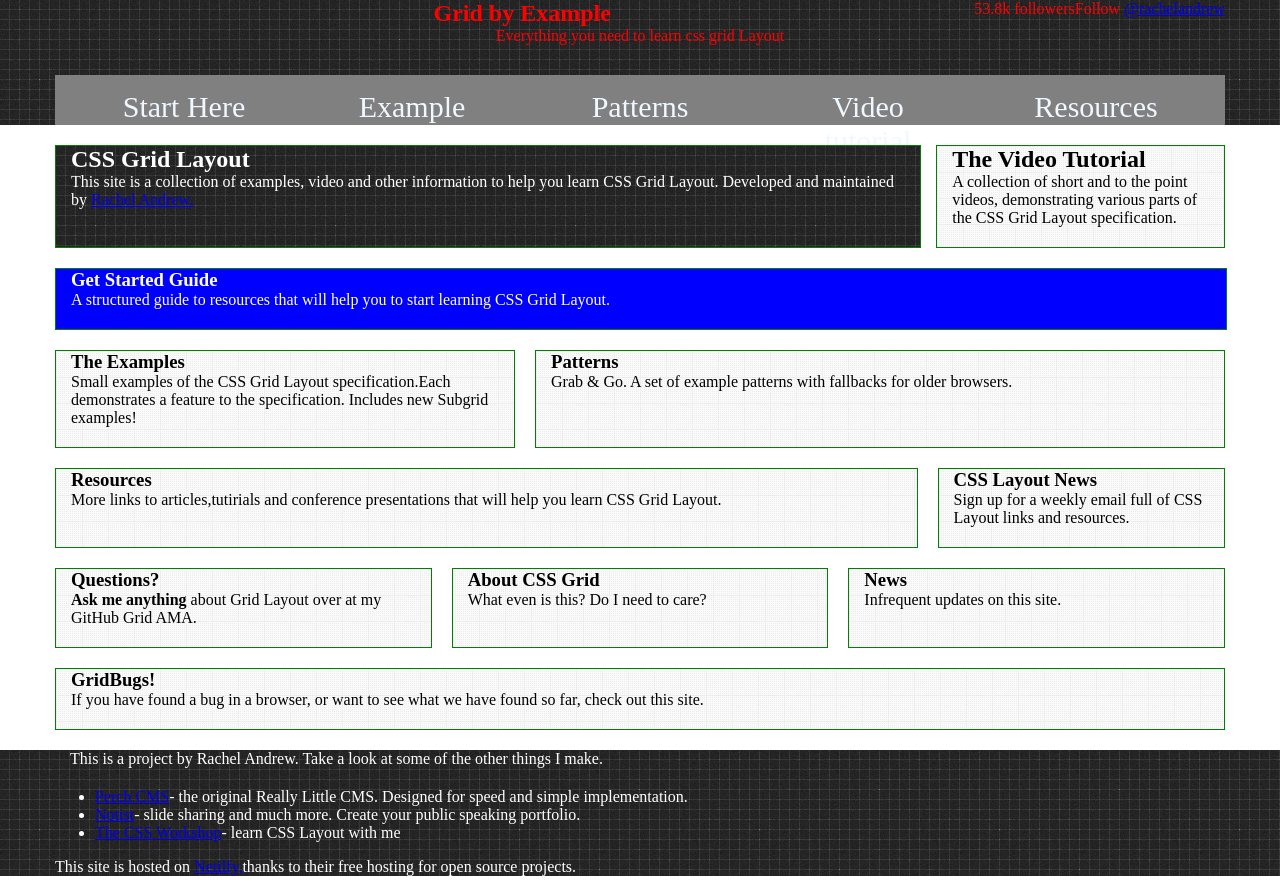
Repository: sitikhusushan/grid
Page: index.html
An editor plug-in stored every save of this project. The page is shown before and after the next save, followed by the edit.
The browser window is 1280 px wide. The pictures show the whole page.

Above is the page before, as saved 2020-05-13 18:15:22.

### index.html
<!DOCTYPE html>
<html lang="en">
  <head>
    <meta charset="UTF-8" />
    <meta name="viewport" content="width=device-width, initial-scale=1.0" />
    <title>Grid View</title>
    <link rel="stylesheet" href="style.css" />
  </head>
  <body>
    <header>
    <div class="header">
      <div class="container">
        <div class="balance">
          <div class="social">
            <a href="#"><i class="fab fa-twitter"></i></a>
            <span> Follow <a href="#">@rachelandrew</a></span>
            <span>53.8k followers</span>
          </div>
        <h2>Grid by Example</h2>
        <p>Everything you need to learn css grid Layout</p>
        </div>
        <ul>
          <li>Start Here</li>
          <li>Example</li>
          <li>Patterns</li>
          <li>Video tutorial</li>
          <li>Resources</li>
        </ul>
      </div>
    </div>
    </header>
    <div class="layout">
      <div class="container">
        <div class="layouts">
        <div class="left">
          <h2>CSS Grid Layout</h2>
          <p>
            This site is a collection of examples, video and other information
            to help you learn CSS Grid Layout. Developed and maintained by
            <a href="#">Rachel Andrew.</a>
          </p>
        </div>
        <div class="right">
          <h2>The Video Tutorial</h2>
          <p>
            A collection of short and to the point videos, demonstrating various
            parts of the CSS Grid Layout specification.
          </p>
        </div>
      </div>
    </div>
    </div>
    <div class="guide ">
      <div class="container">
        <div class="guides">
        <h3>Get Started Guide</h3>
        <p>
          A structured guide to resources that will help you to start learning
          CSS Grid Layout.
        </p>
      </div>
      </div>
    </div>
    <div class="new">
      <div class="container">
        <div class="news">
        <div class="left">
          <h3>The Examples</h3>
          <p>
            Small examples of the CSS Grid Layout specification.Each
            demonstrates a feature to the specification. Includes new Subgrid
            examples!
          </p>
        </div>
        <div class="right">
          <h3>Patterns</h3>
          <p>
            Grab & Go. A set of example patterns with fallbacks for older
            browsers.
          </p>
        </div>
      </div>
    </div>
    </div>
    <div class="resources">
      <div class="container">
        <div class="rs">
        <div class="left">
          <h3>Resources</h3>
          <p>
            More links to articles,tutirials and conference presentations that
            will help you learn CSS Grid Layout.
          </p>
        </div>
        <div class="right">
          <h3>CSS Layout News</h3>
          <p>
            Sign up for a weekly email full of CSS Layout links and resources.
          </p>
        </div>
      </div>
    </div>
    </div>
    <div class="question">
      <div class="container">
        <div class="qs">
        <div class="left">
          <h3>Questions?</h3>
          <p>
            <b>Ask me anything</b> about Grid Layout over at my GitHub Grid AMA.
          </p>
        </div>
        <div class="middle">
          <h3>About CSS Grid</h3>
          <p>What even is this? Do I need to care?</p>
        </div>
        <div class="right">
          <h3>News</h3>
          <p>Infrequent updates on this site.</p>
        </div>
      </div>
      </div>
    </div>
    <div class="bugs">
      <div class="container">
        <div class="bug">
        <h3>GridBugs!</h3>
        <p>
          If you have found a bug in a browser, or want to see what we have
          found so far, check out this site.
        </p>
      </div>
    </div>
    </div>
  <footer>
    <div class="foo">
      <div class="container">
      <p>This is a project by Rachel Andrew. Take a look at some of the other things I make.
        <ul>
          <li><a href="#">Perch CMS</a>- the original Really Little CMS. Designed for speed and simple implementation.</li>
          <li><a href="#">Notist</a>- slide sharing and much more. Create your public speaking portfolio.</li>
          <li><a href="#">The CSS Workshop</a>- learn CSS Layout with me</li>
        </ul>
        This site is hosted on <a href="#">Netilfy,</a>thanks to their free hosting for open source projects.
      </p>
      </div>
    </div>
  </footer>
  </body>
</html>

### style.css
body {
  padding: 0px;
  margin: 0px;
}

.container {
  width: 1170px;
  margin-left: auto;
  margin-right: auto;
  max-width: 100%;
  padding-left: 15px;
  padding-right: 15px;
}

/* .social {
  float: right;
  margin-bottom: 50px;
} */

img {
  width: 15px;
  height: 15px;
  margin: 0px;
  padding: 0px;
}

.social p {
  border-radius: 5px;
  border: salmon 1px solid;
  background-color: whitesmoke;
}

/* * {
  -webkit-box-sizing: border-box;
  -moz-box-sizing: border-box;
  box-sizing: border-box;
} */

.header {
  background-image: url("image/inflicted.png");
  color: aliceblue;
}

.balance {
  text-align: center;
  /* position: absolute;
  top: 50%;
  left: 50%;
  transform: translate(-50%, -50%); */
  color: red;
}

/* .header ul {} */

/*
.header .container {
  margin: 0px;
  padding: 0px;
} */

.header ul {
  list-style: none;
  display: grid;
  grid-template-columns: repeat(5, 1fr);
  grid-gap: 50px;
  font-size: 30px;
  grid-auto-rows: 50px;
  margin-bottom: auto;
  text-align: center;
  background-color: grey;
  padding-right: 40px;
}
.header li {
  padding: 15px;
}

span {
  float: right;
}

.header li:hover {
  background-color: black;
}

.layout .left {
  background-image: url("image/inflicted.png");
  color: #ffffff;
}

.right {
  background-image: url("image/tiny_grid.png");
}

.guides {
  width: 100%;
  background-color: blue;
  color: #ffffff;
  border: solid 1px green;
}

.left {
  background-image: url("image/tiny_grid.png");
}

.middle {
  background-image: url("image/tiny_grid.png");
}

.bug {
  background-image: url("image/tiny_grid.png");
  margin-bottom: 20px;
  border: solid 1px green;
}

footer {
  background-image: url("image/inflicted.png");
  color: #ffffff;
}

.layouts {
  display: grid;
  grid-template-columns: 3fr 1fr;
  grid-gap: 15px;
  margin-top: 20px;
  margin-bottom: 20px;
}

.layouts > div,
.news > div,
.rs > div,
.qs > div {
  border: solid 1px green;
}

.news {
  display: grid;
  grid-template-columns: 2fr 3fr;
  grid-gap: 20px;
  margin-top: 20px;
  margin-bottom: 20px;
}

.rs {
  display: grid;
  grid-template-columns: 3fr 1fr;
  grid-gap: 20px;
}

.qs {
  display: grid;
  grid-template-columns: 1fr 1fr 1fr;
  grid-gap: 20px;
  margin-top: 20px;
  margin-bottom: 20px;
}

h3,
p,
h2 {
  margin: 0px;
  padding-left: 15px;
  padding-right: 15px;
}

p {
  margin-bottom: 20px;
}

After the next save:
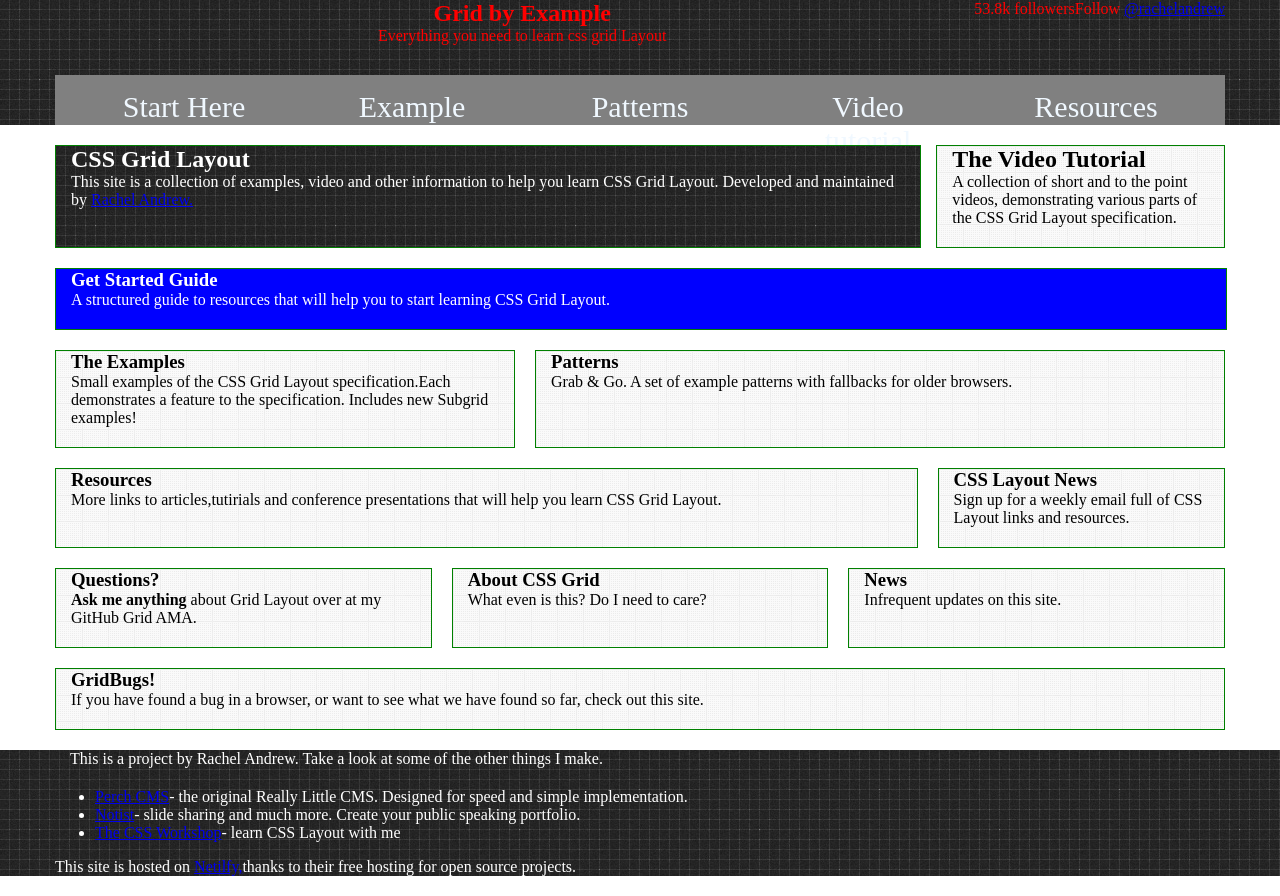
Saved 47 s later.
--- a/style.css
+++ b/style.css
@@ -76,6 +76,7 @@ img {
 
 span {
   float: right;
+  padding-bottom: 50px;
 }
 
 .header li:hover {
